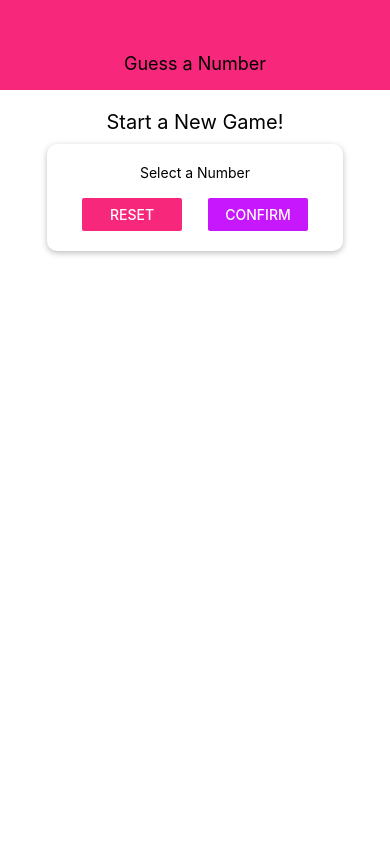
Repository: jes-wd/rn-num-guess
Screen: /
An editor plug-in stored every save of this project. The screen is shown before and after the next save, followed by the edit.
The app was drawn by React Native's web renderer in a window 390 px wide. The project was rebuilt for these pictures with package versions that can differ from the ones it lists, and the page was loaded fresh each time.

Above is the screen before, as saved 2020-03-21 22:25:09.

### App.js
import React from 'react';
import { StyleSheet, View } from 'react-native';

import Header from './components/Header';
import StartGameScreen from './screens/StartGameScreen';
import Colors from './constants/Colors';

export default function App() {
  return (
    <View style={styles.screen}>
      <Header title="Guess a Number" />
      <StartGameScreen />
    </View>
  );
}

const styles = StyleSheet.create({
  screen: {
    flex: 1
  }
});

### components/Header.js
import React from 'react';
import { View, Text, StyleSheet } from 'react-native';

const Header = props => {
  return(
    <View style={styles.header}>
      <Text style={styles.headerTitle}>{props.title}</Text>
    </View>
  );
};

const styles = StyleSheet.create({
  header: {
    width: '100%',
    height: 90,
    paddingTop: 36,
    backgroundColor: '#f7287b',
    alignItems: 'center',
    justifyContent: 'center'
  },
  headerTitle: {
    color: 'black',
    fontSize: 18
  }
});

export default Header;

### screens/StartGameScreen.js
import React from 'react';
import { View, Text, StyleSheet, TextInput, Button } from 'react-native';

import Card from '../components/Card';
import Colors from '../constants/Colors';

const StartGameScreen = props => {
  return (
    <View style={styles.screen}>
      <Text style={styles.title}>Start a New Game!</Text>
      <Card style={styles.inputContainer}>
        <Text>Select a Number</Text>
        <TextInput />
        <View style={styles.buttonContainer}>
          <View style={styles.button}>
            <Button title="Reset" onPress={() => {}} color={Colors.accent} />
          </View>
          <View style={styles.button}>
            <Button title="Confirm" onPress={() => {}} color={Colors.primary} />
          </View>
        </View>
      </Card>
    </View>
  );
};

const styles = StyleSheet.create({
  screen: {
    flex: 1,
    padding: 10,
    alignItems: 'center'
  },
  title: {
    fontSize: 20,
    marginVertical: 10
  },
  inputContainer: {
    width: 300,
    maxWidth: '80%',
    alignItems: 'center'
  },
  buttonContainer: {
    flexDirection: 'row',
    width: '100%',
    justifyContent: 'space-between',
    paddingHorizontal: 15
  },
  button: {
    width: 100
  }
});

export default StartGameScreen;

### constants/Colors.js
export default {
  primary: '#c717fc',
  accent: '#f7287b'
}

Loaded but not shown: components/Card.js (common file)

After the next save:
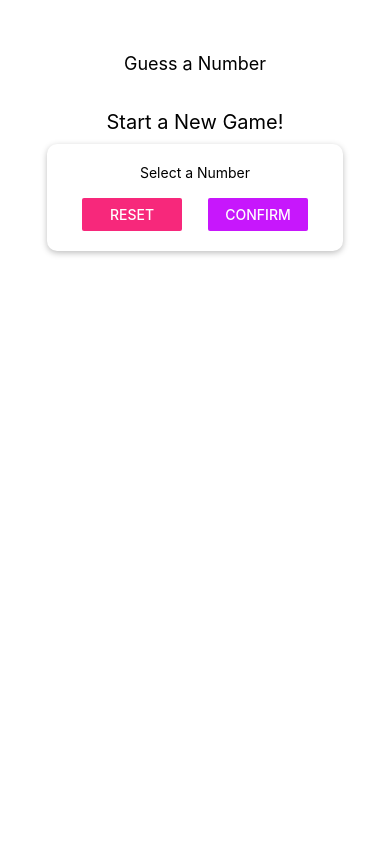
Saved 59 s later.
--- a/components/Header.js
+++ b/components/Header.js
@@ -1,5 +1,6 @@
 import React from 'react';
 import { View, Text, StyleSheet } from 'react-native';
+import { Colors } from 'react-native/Libraries/NewAppScreen';
 
 const Header = props => {
   return(
@@ -14,7 +15,7 @@ const styles = StyleSheet.create({
     width: '100%',
     height: 90,
     paddingTop: 36,
-    backgroundColor: '#f7287b',
+    backgroundColor: Colors.primary,
     alignItems: 'center',
     justifyContent: 'center'
   },
